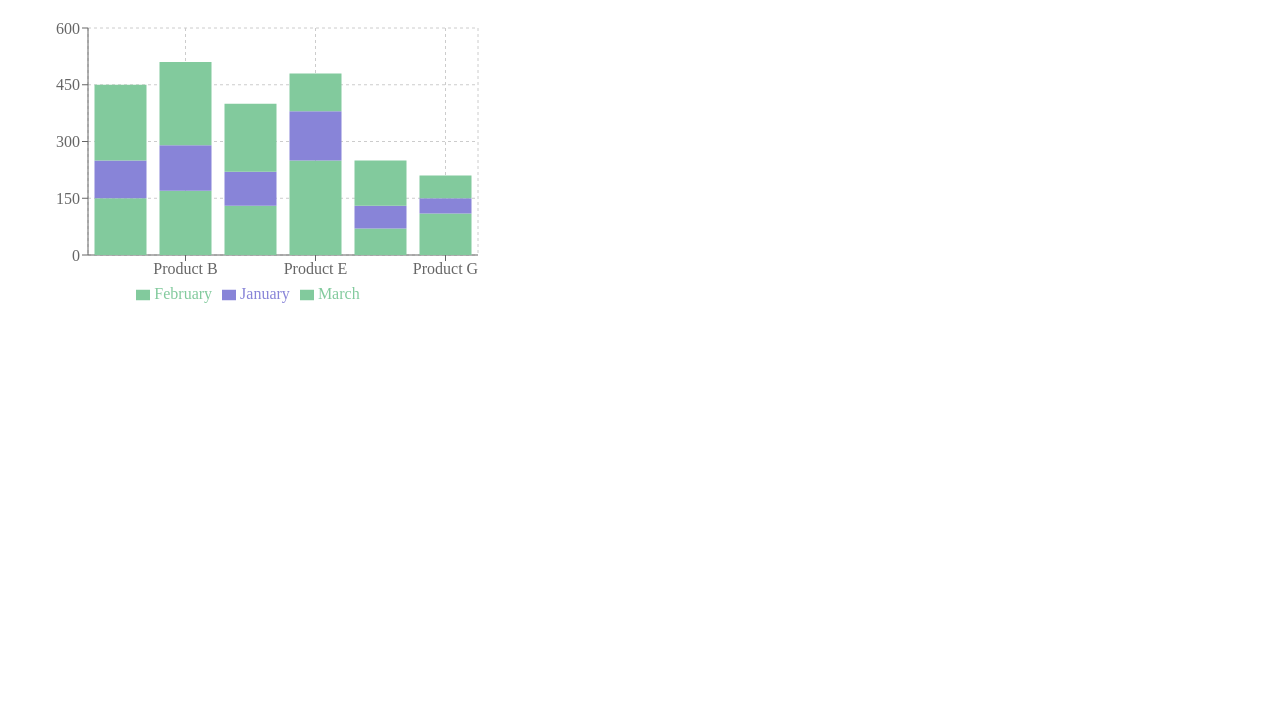
Repository: sagarjain738/test
Page: /
The author's editor kept a copy of each file at every save. The page is drawn from the files as they stood at one save, then again after the next save.
The browser window is 1280 px wide. The pictures show the whole page.
The project was rebuilt for these pictures with package versions that can differ from the ones it lists, and the page was loaded fresh each time. Also part of the build but not shown: vite.config.js, src/App.css, src/components/FirstChart.jsx, src/index.css.

Above is the page before, as saved 2024-01-20 19:12:46.

### src/App.jsx
import "./App.css";
import FirstChart from "./components/FirstChart";
import totalData, { getTodalData } from "../Data";
import SecondChart from "./components/SecondData";

function App() {
  const firstRecord = getTodalData(totalData);
  // console.log(firstRecord);
  return (
    <>
      {/* <FirstChart records={firstRecord} /> */}
      <SecondChart records={firstRecord} />
    </>
  );
}

export default App;

### Data.js
let data = {
  salesData: [
    {
      product: "Product A",
      sales: [
        { month: "January", amount: 100 },
        { month: "February", amount: 150 },
        { month: "March", amount: 200 },
      ],
    },
    {
      product: "Product B",
      sales: [
        { month: "January", amount: 120 },
        { month: "February", amount: 170 },
        { month: "March", amount: 220 },
      ],
    },
    {
      product: "Product C",
      sales: [
        { month: "January", amount: 90 },
        { month: "February", amount: 130 },
        { month: "March", amount: 180 },
      ],
    },
    {
      product: "Product E",
      sales: [
        { month: "January", amount: 130 },
        { month: "February", amount: 250 },
        { month: "March", amount: 100 },
      ],
    },
    {
      product: "Product F",
      sales: [
        { month: "January", amount: 60 },
        { month: "February", amount: 70 },
        { month: "March", amount: 120 },
      ],
    },
    {
      product: "Product G",
      sales: [
        { month: "January", amount: 40 },
        { month: "February", amount: 110 },
        { month: "March", amount: 60 },
      ],
    },
  ],
};

export function getTodalData(records) {
  const result = records.salesData.map((item) => {
    return {
      name: item.product,
      data: item.sales.reduce(
        (acc, itm) => ({ ...acc, [`${itm.month}`]: itm.amount }),
        {}
      ),
    };
  });

  const finalData = result.map((item) => {
    return { name: item.name, ...item.data };
  });

  return finalData;
}

export default data;

### src/components/SecondData.jsx
import {
  BarChart,
  Bar,
  Cell,
  XAxis,
  YAxis,
  CartesianGrid,
  Tooltip,
  Legend,
  ResponsiveContainer,
} from "recharts";

const SecondChart = ({ records }) => {
  console.log(records);
  return (
    <BarChart
      width={500}
      height={300}
      data={records}
      margin={{
        top: 20,
        right: 30,
        left: 20,
        bottom: 5,
      }}
    >
      <CartesianGrid strokeDasharray="3 3" />
      <XAxis dataKey="name" />
      <YAxis />
      <Tooltip />
      <Legend />
      <Bar dataKey="February" stackId="a" fill="#82ca9d" />
      <Bar dataKey="January" stackId="a" fill="#8884d8" />
      <Bar dataKey="March" stackId="a" fill="#82ca9d" />
    </BarChart>
  );
};

export default SecondChart;

Loaded but not shown: index.html (common file); src/main.jsx (common file)

After the next save:
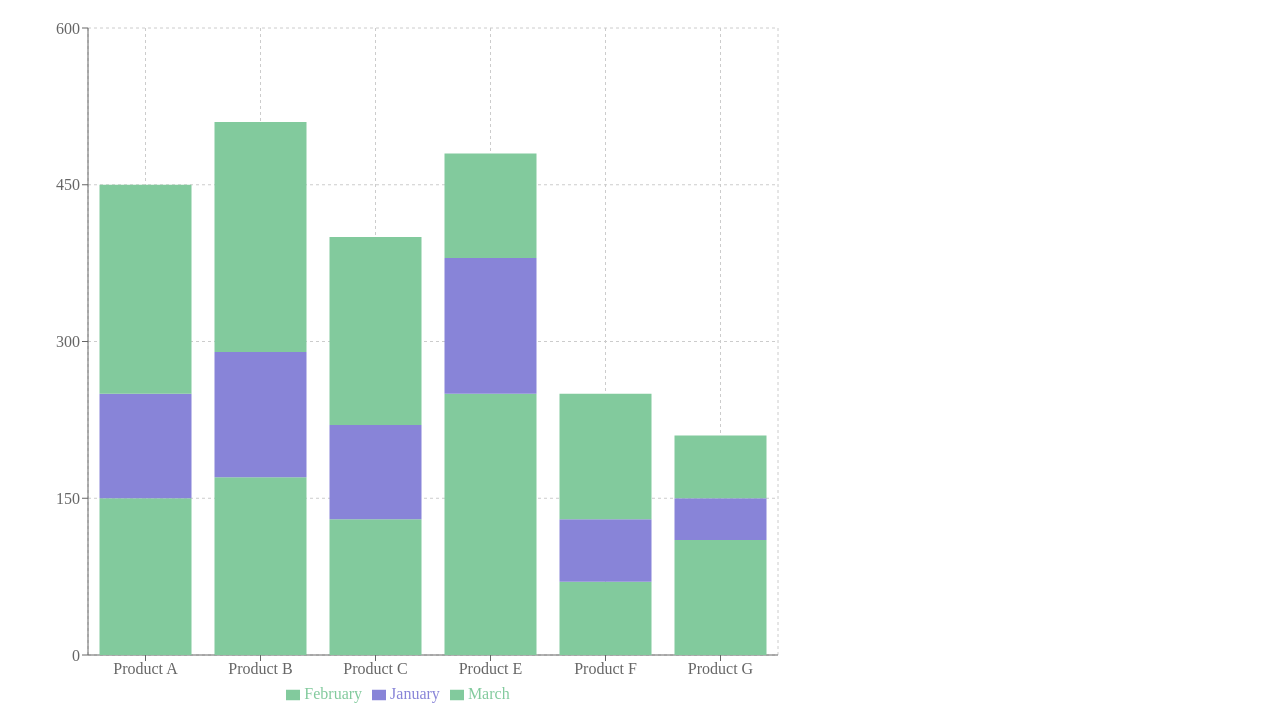
Saved 14 s later.
--- a/src/components/SecondData.jsx
+++ b/src/components/SecondData.jsx
@@ -14,8 +14,8 @@ const SecondChart = ({ records }) => {
   console.log(records);
   return (
     <BarChart
-      width={500}
-      height={300}
+      width={800}
+      height={700}
       data={records}
       margin={{
         top: 20,
